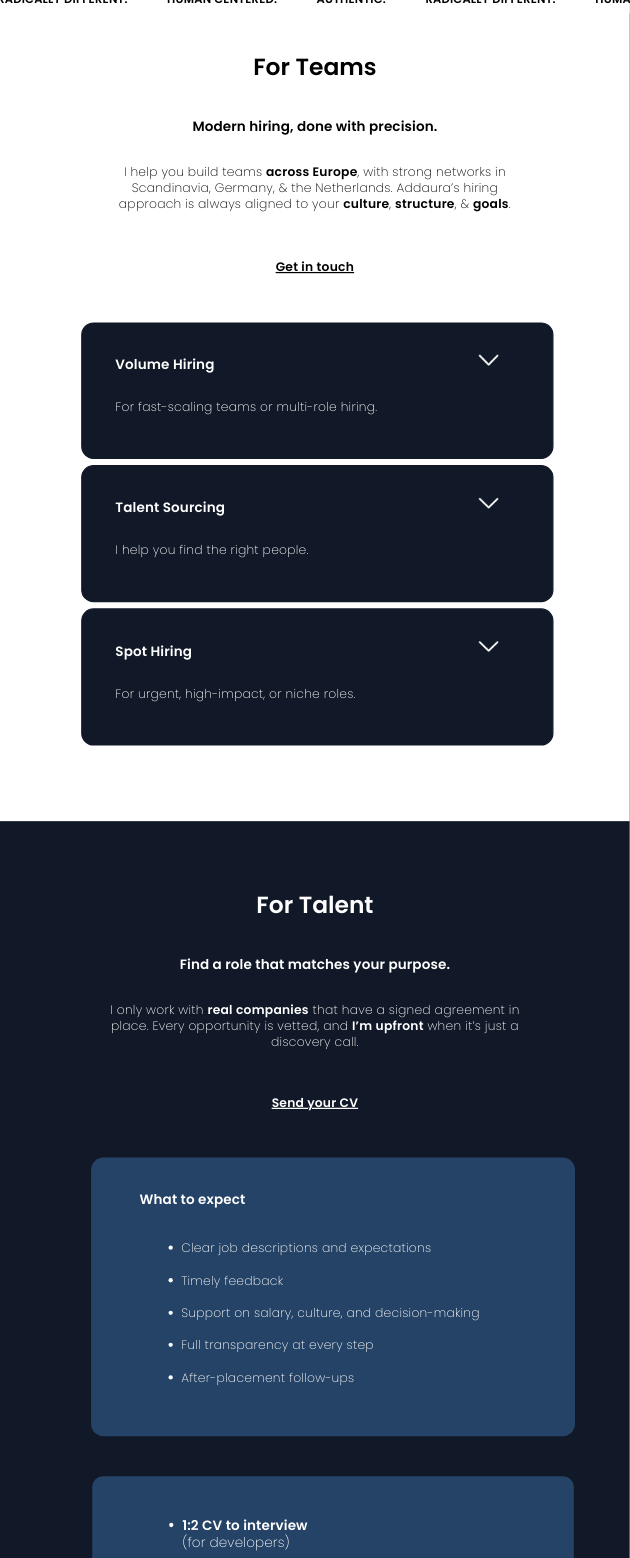
Repository: UnatPannu/Addaura-Trial
Page: public/services.html
An editor plug-in stored every save of this project. The page is shown before and after a run of saves, followed by the edit.
The browser window is 768 px wide. The pictures show the part of the page from y = 820 to 2720 px (the page is 4954 px tall before and 4877 px after), at 82% of full size.
Backgrounds fixed to the window are drawn as part of the page.

Above is the page before, as saved 2025-09-22 19:26:06.

After the next 5 saves:
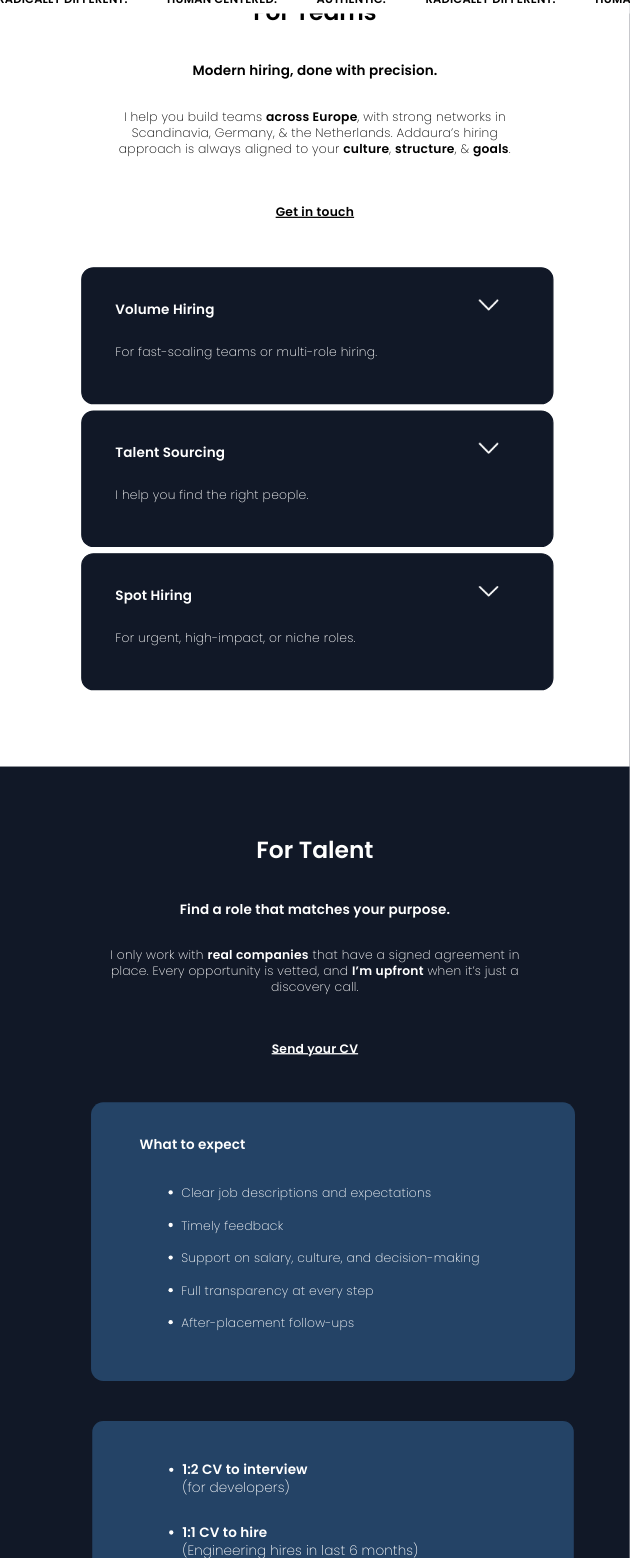
The 5 saves are shown as one change because they came seconds apart.
The last was saved 14 s later.
--- a/public/styles/services.css
+++ b/public/styles/services.css
@@ -355,15 +355,14 @@
     width: 200vw;
     margin-left: calc(-50vw + 50%);
   }
-  #teams-content{
-    margin-top:-50%;
-  }
   #talent-content{
     color:white;
     padding-block:15%;
     margin-top:20%;
   }
-
+  #teams-content{
+    margin-top:-60%;
+  }
   .roles-container{
     display:flex;
     flex-direction:column;
